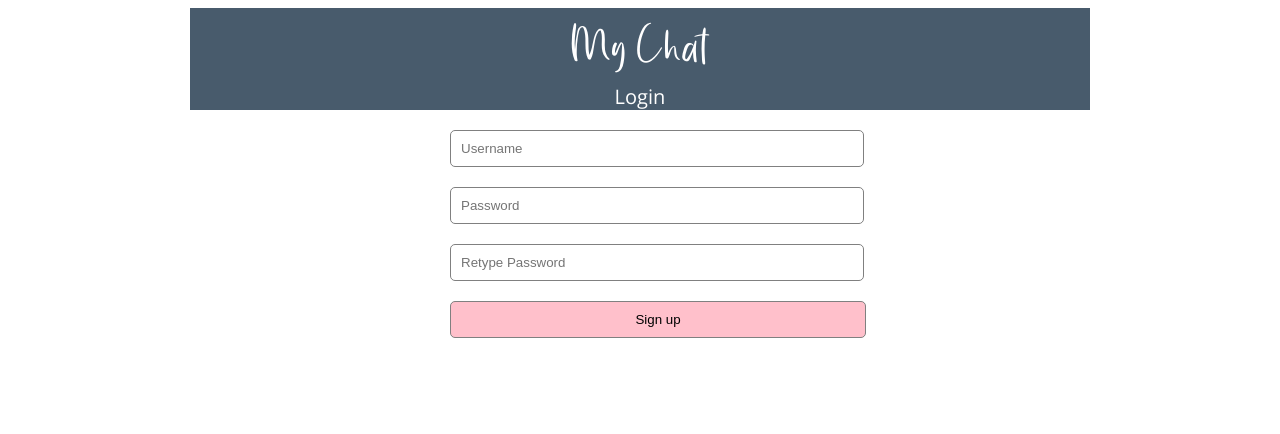
Repository: chathura226/SeekWork_Group_Project_I
Page: http://localhost/signup.php
These files come from the project's save history. The page is drawn as it stood at one moment and after the next save; the edit follows.
The browser window is 1280 px wide. The pictures show the whole page.
The page is run by PHP 8.4 with error messages shown; the project is at /var/www/html/.

Above is the page before, as saved 2023-12-06 21:10:31.
Console error: TypeError: Cannot read properties of null (reading 'addEventListener')

### chat/signup.php
<!DOCTYPE html>
<html>
    <head>
        <title>Chat</title>

    </head>
    <style type="text/css">

        @font-face {
            font-family: headFont;
            src: url(ui/fonts/Summer-Vibes-OTF.otf);
        }

        @font-face {
            font-family: myfont;
            src: url(ui/fonts/OpenSans-Regular.ttf);
        }


        #wrapper{

            max-width: 900px;
            min-height: 500px;
            margin:auto;
            color:grey;
            font-family:myfont;
            font-size:13px;

        }

        form{
            margin:auto;
            padding:10px;
            width:100%;
            max-width: 400px;
        }

        input{
            padding:10px;
            margin:10px;
            width:98%;
            border-radius:5px;
            border:solid 1px grey;
        }

        input[type=submit]{
            width:104%;
            background-color:pink;
            cursor: pointer;
        }

        #header{
            background-color: #485b6c;
            height: auto;
            font-size:40px;
            text-align:center;
            font-family:headFont;
            width:100%;
            color:white;


        }


    </style>
    <body>
        <div id="wrapper">

        <div id="header">
            My Chat

            <div style="font-size:20px; font-family:myFont">Login</div>

        </div>

            <form>
                <input type="text"  name="username" placeholder="Username"><br>
                <input type="password"  name="password" placeholder="Password"><br>
                <input type="password"  name="password2" placeholder="Retype Password"><br>
                <input type="submit"  value="Sign up"><br>
            </form>


        </div>
    </body>
</html>

<script type="text/javascript">

    function _(element){
        return document.getElementById(element);
    }



    var label = _("label_chat");

    label.addEventListener("click",function(){

        var inner_pannel = _("inner_left_pannel");

        var ajax = new XMLHttpRequest();

        ajax.onload = function(){

            if(ajax.status==200 || ajax.readyState==4){

                inner_pannel.innerHTML = ajax.responseText;


            }


        }

        ajax.open("POST","file.txt",true);
        ajax.send();


    });



</script>

After the next save:
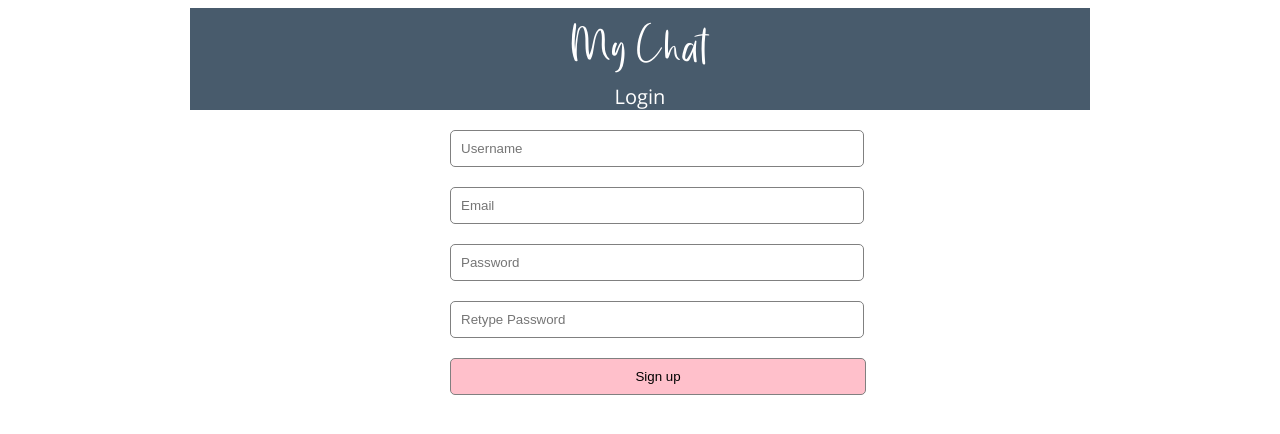
Saved 2 min 50 s later.
--- a/chat/signup.php
+++ b/chat/signup.php
@@ -75,6 +75,7 @@
 
             <form>
                 <input type="text"  name="username" placeholder="Username"><br>
+                <input type="text"  name="email" placeholder="Email"><br>
                 <input type="password"  name="password" placeholder="Password"><br>
                 <input type="password"  name="password2" placeholder="Retype Password"><br>
                 <input type="submit"  value="Sign up"><br>
